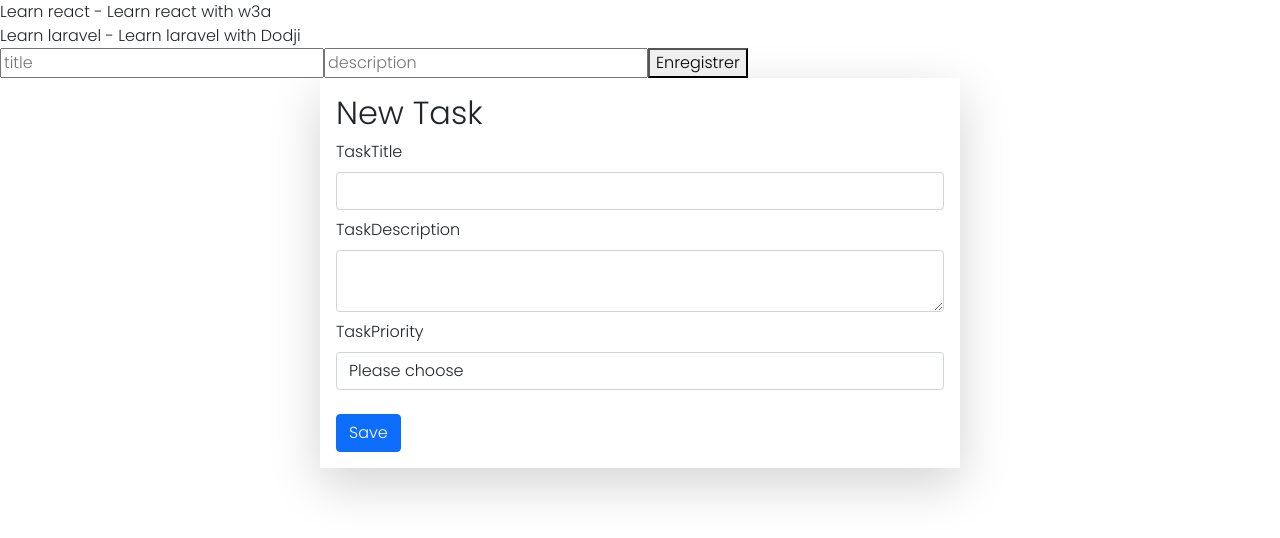
Repository: FS-23/react-task-manager
Page: /
An editor plug-in stored every save of this project. The page is shown before and after the next save, followed by the edit.
The browser window is 1280 px wide. The pictures show the whole page.
The page's requests for data from a server got no answer. The project was rebuilt for these pictures with package versions that can differ from the ones it lists, and the page was loaded fresh each time. No one was signed in, and anything a server would have sent is missing.

Above is the page before, as saved 2022-05-13 14:34:54.

After the next save:
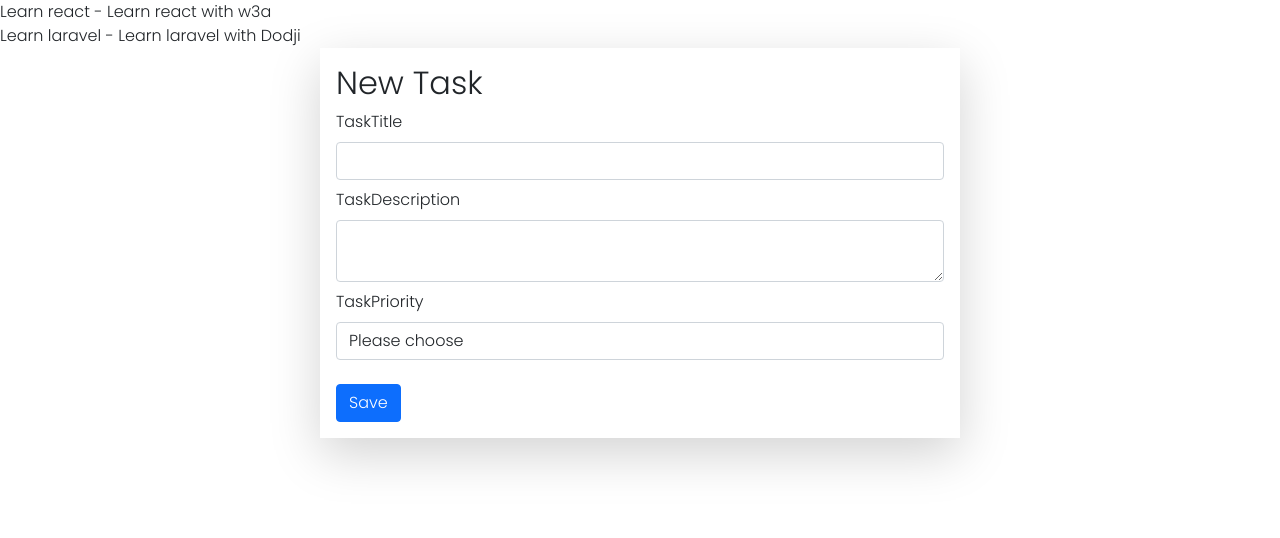
Saved 16 s later.
--- a/src/components/TaskList.js
+++ b/src/components/TaskList.js
@@ -46,13 +46,7 @@ function TaskList(){
 
             }
 
-            <div>
-                <form onSubmit={handleOnSubmit}>
-                    <input onChange={handleOnChange} name="title" placeholder='title'/>
-                    <input onChange={handleOnChange} name="description" placeholder='description'/>
-                    <button>Enregistrer</button>
-                </form>
-            </div>
+
         </div>
     )
 }
